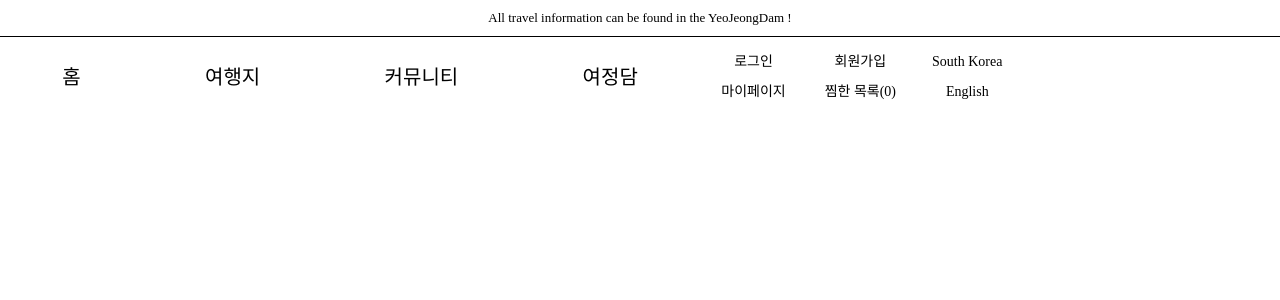
Repository: gaeunlee95/semi
Page: http://localhost/semi/main.jsp
These files come from the project's save history. The page is drawn as it stood at one moment and after the next save; the edit follows.
The browser window is 1280 px wide. The pictures show the whole page.
The page is served by Tomcat 9.

Above is the page before, as saved 2023-12-06 16:56:10.

After the next save:
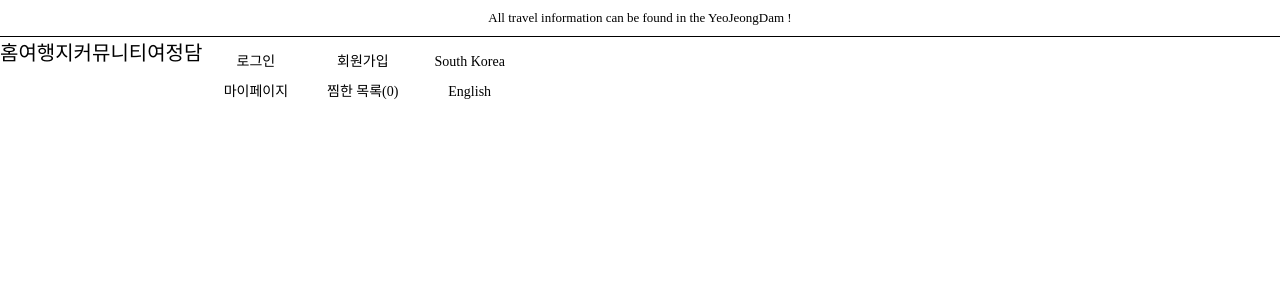
Saved 5 min 20 s later.
--- a/semi/src/main/webapp/resources/css/style.css
+++ b/semi/src/main/webapp/resources/css/style.css
@@ -23,7 +23,7 @@ header nav div{	/*각 mainMenu, sideMenu div에 float를 주어 가로정렬*/ /
 	float: left;
 }
 header #mainMenu{
-	width: 700px;
+	width: 100%
 	line-height: 80px;
 }
 header #mainMenu ul{
